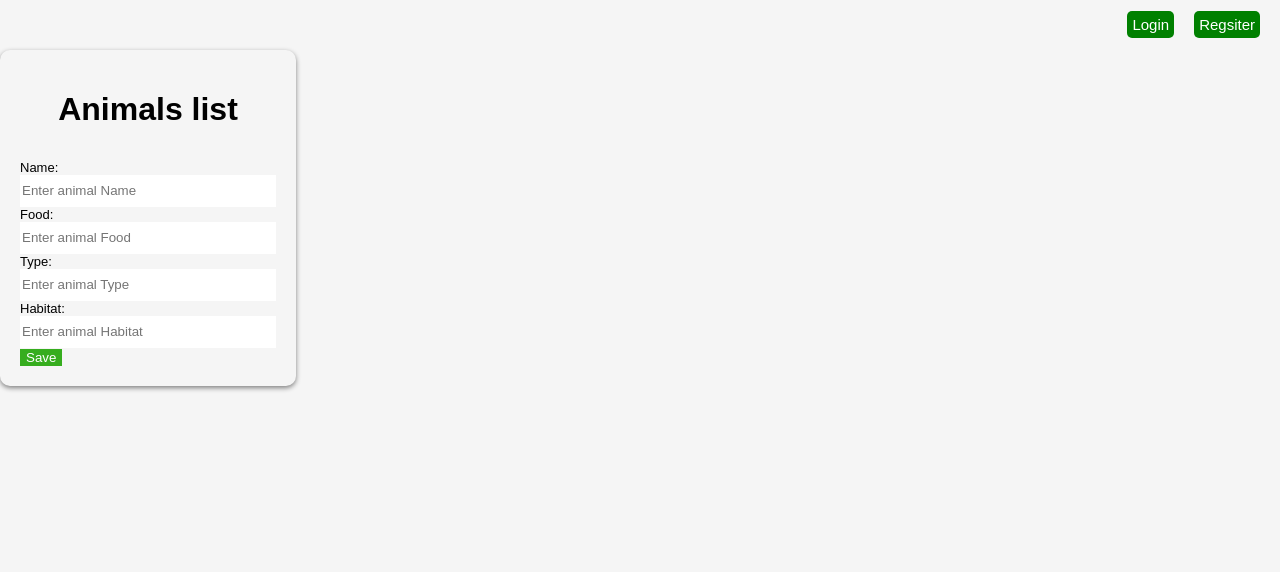
Repository: Dennis-star1001/PHP-CRUD
Page: http://localhost/
An editor plug-in stored every save of this project. The page is shown before and after the next save, followed by the edit.
The browser window is 1280 px wide. The pictures show the whole page.
The page is run by PHP 8.4 with error messages shown; the project is at /var/www/html/.

Above is the page before, as saved 2022-07-05 23:03:22.

After the next save:
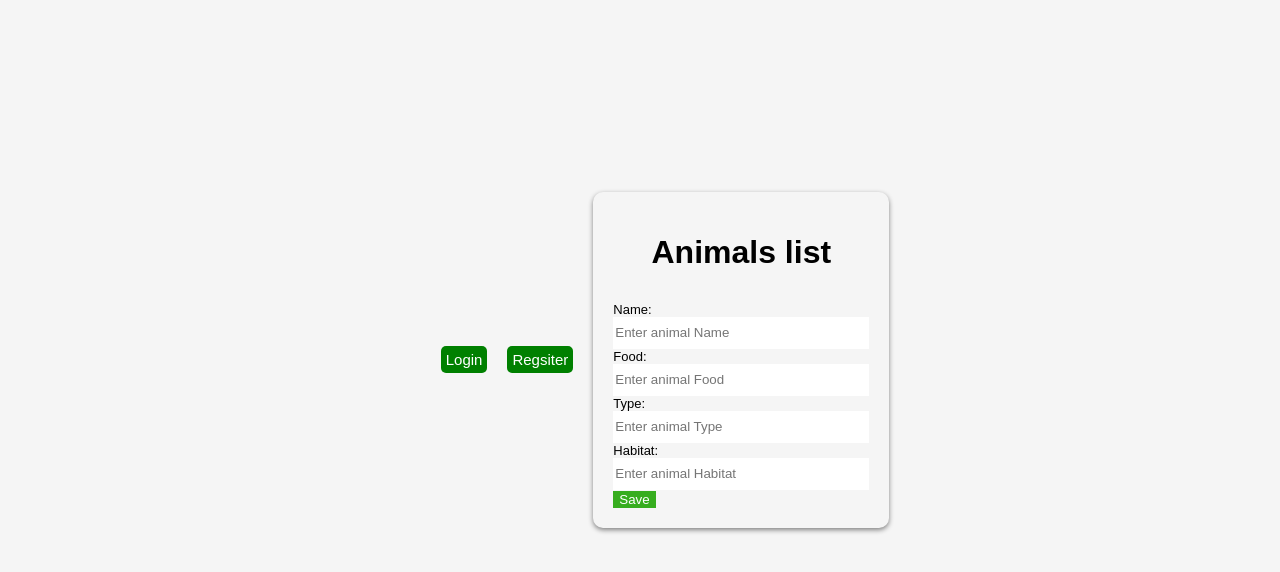
Saved 1 s later.
--- a/style.css
+++ b/style.css
@@ -11,6 +11,12 @@ body {
 }
 
 .container{
+    display: flex;
+    justify-content: center;
+    align-items: center;
+    height: 100vh;
+}
+.animal-container{
     display: flex;
     justify-content: center;
     align-items: center;
